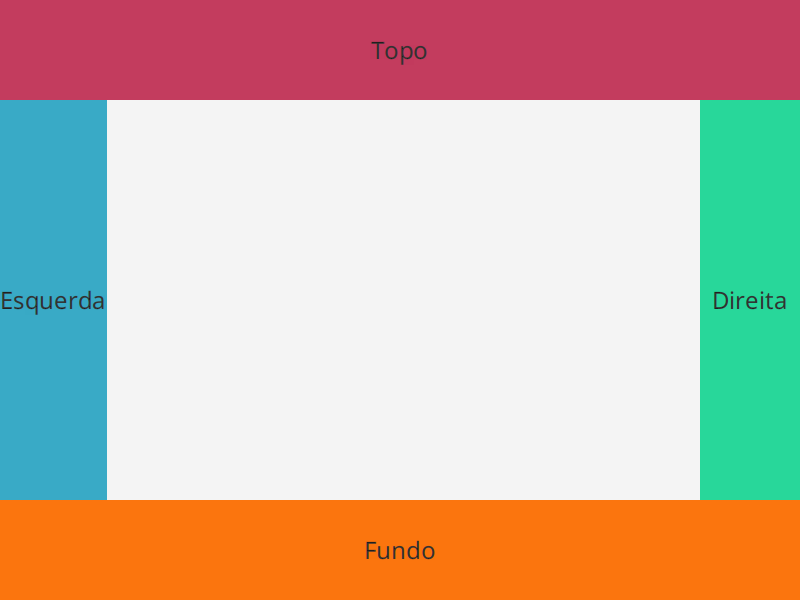
Repository: AlanVidalll/Curso-Java-Completo
Program's window: java exercicios-javafx/src/layout/AppLayout.java
The author's editor kept a copy of each file at every save. The program's window is drawn from the files as they stood at one save, then again after the next save.
It runs on Java 21 on a 1366 x 768 screen with JavaFX 11; the title bar is not drawn.

Above is the program's window before, as saved 2020-04-11 13:22:26.

After the next save:
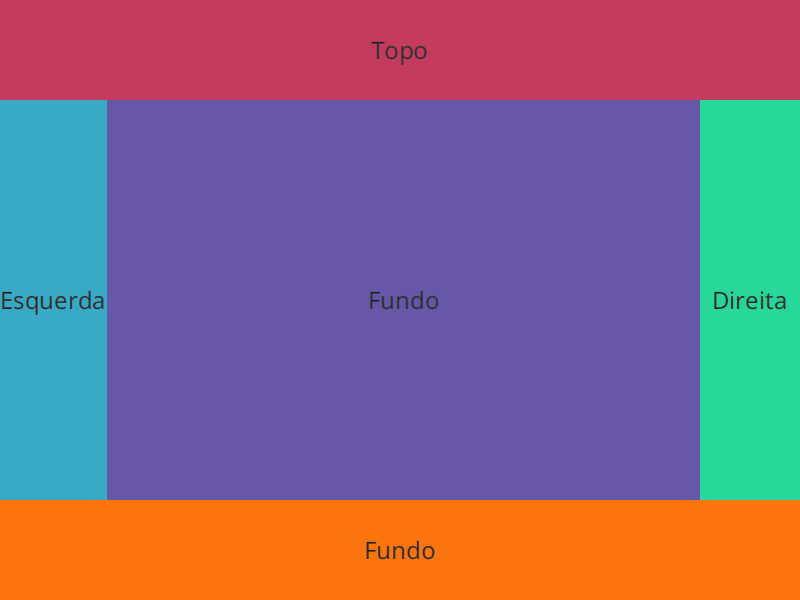
Saved 45 s later.
--- a/exercicios-javafx/src/layout/TesteBorderPane.java
+++ b/exercicios-javafx/src/layout/TesteBorderPane.java
@@ -15,5 +15,7 @@
 		setRight(c3);
 		Caixa c4 = new Caixa().comTexto("Fundo");
 		setBottom(c4);
+		Caixa c5 = new Caixa().comTexto("Fundo");
+		setCenter(c5);
 	}
 }
